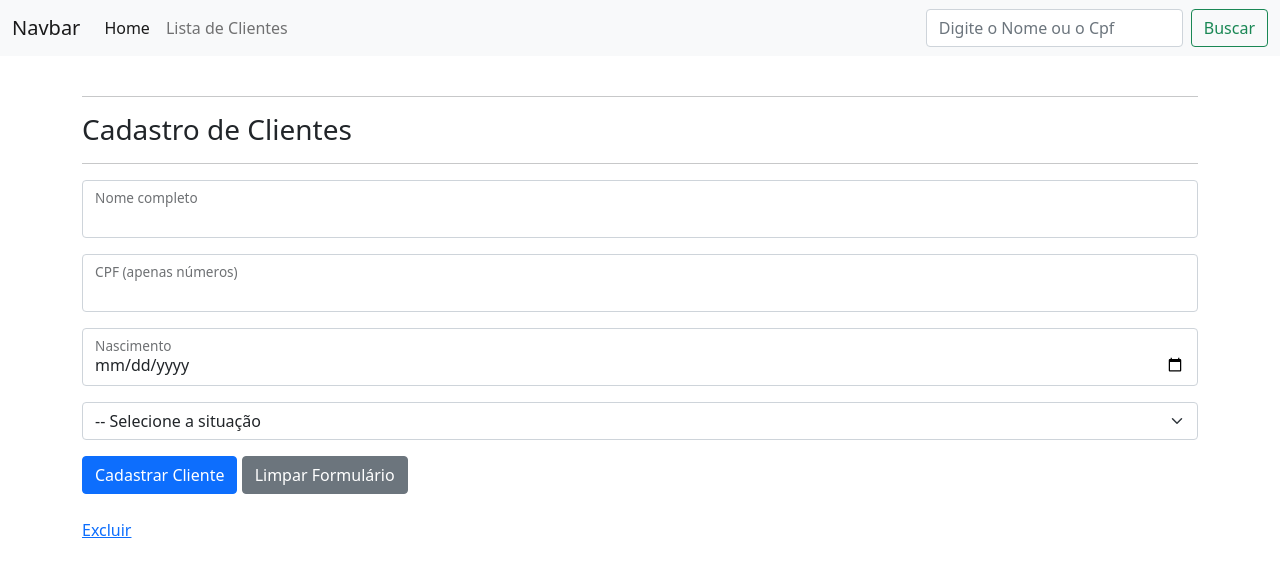
Repository: williammatosdev/agencia_de_Viagem_Java
Page: javacrud/src/main/webapp/index.html
An editor plug-in stored every save of this project. The page is shown before and after the next save, followed by the edit.
The browser window is 1280 px wide. The pictures show the whole page.

Above is the page before, as saved 2022-02-11 22:59:09.

After the next save:
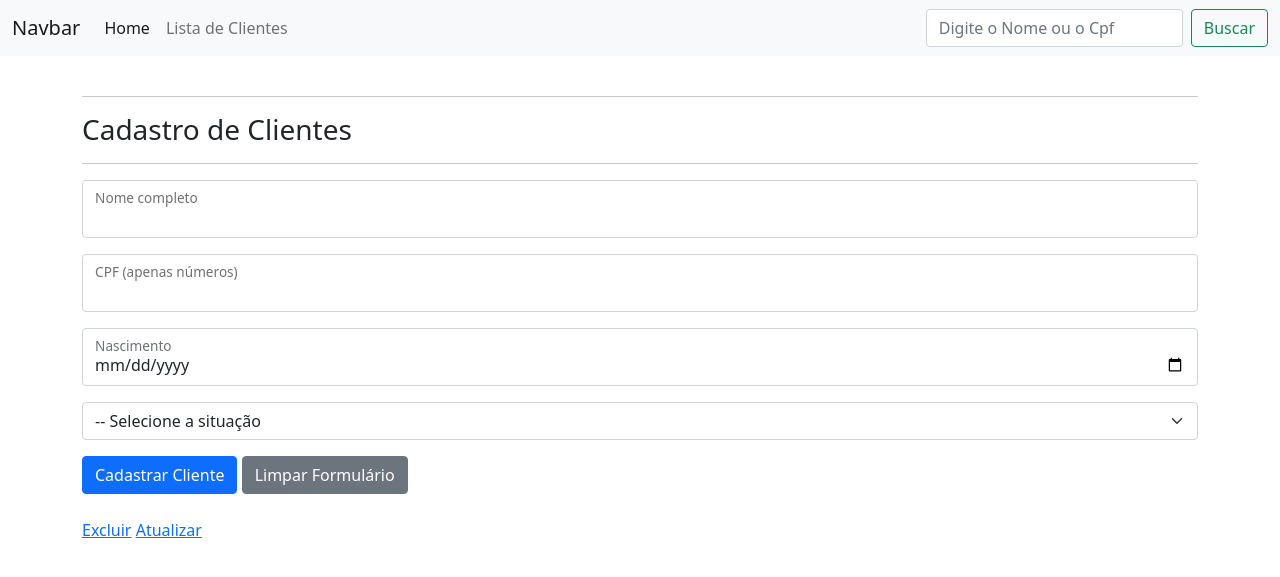
Saved 38 s later.
--- a/javacrud/src/main/webapp/index.html
+++ b/javacrud/src/main/webapp/index.html
@@ -62,6 +62,7 @@
 			</form>
 			<br>
 			<a href="Excluir.jsp">Excluir</a>
+			<a href="Atualizar.jsp">Atualizar</a>
 		</div>
 	</div>
 </div>
